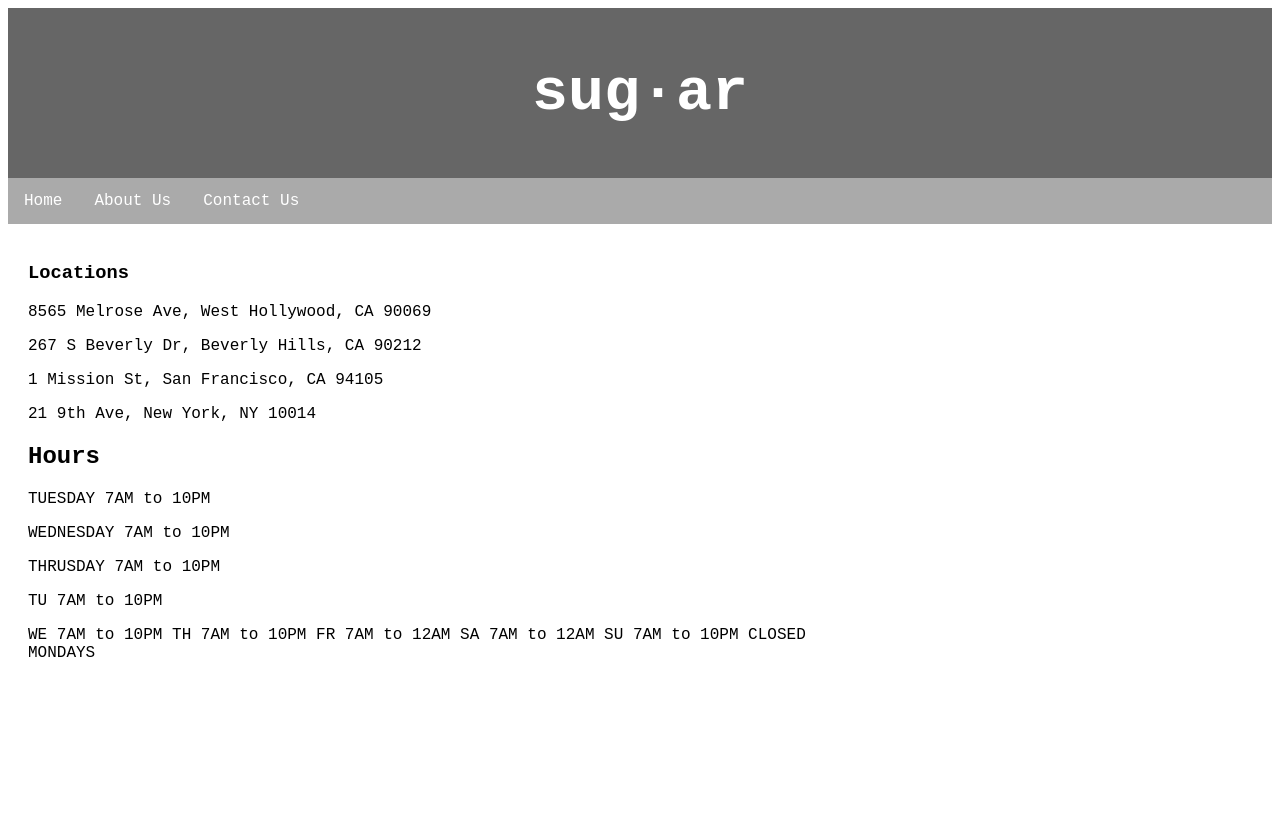
Repository: lavaghimire/lavaghimire.github.io
Page: WEBSITE/contact.html
The author's editor kept a record of every edit. The page is drawn from the files as they stood at one moment, then again after the next edit.
The browser window is 1280 px wide. The pictures show the whole page.

Above is the page before.

After the next edit:
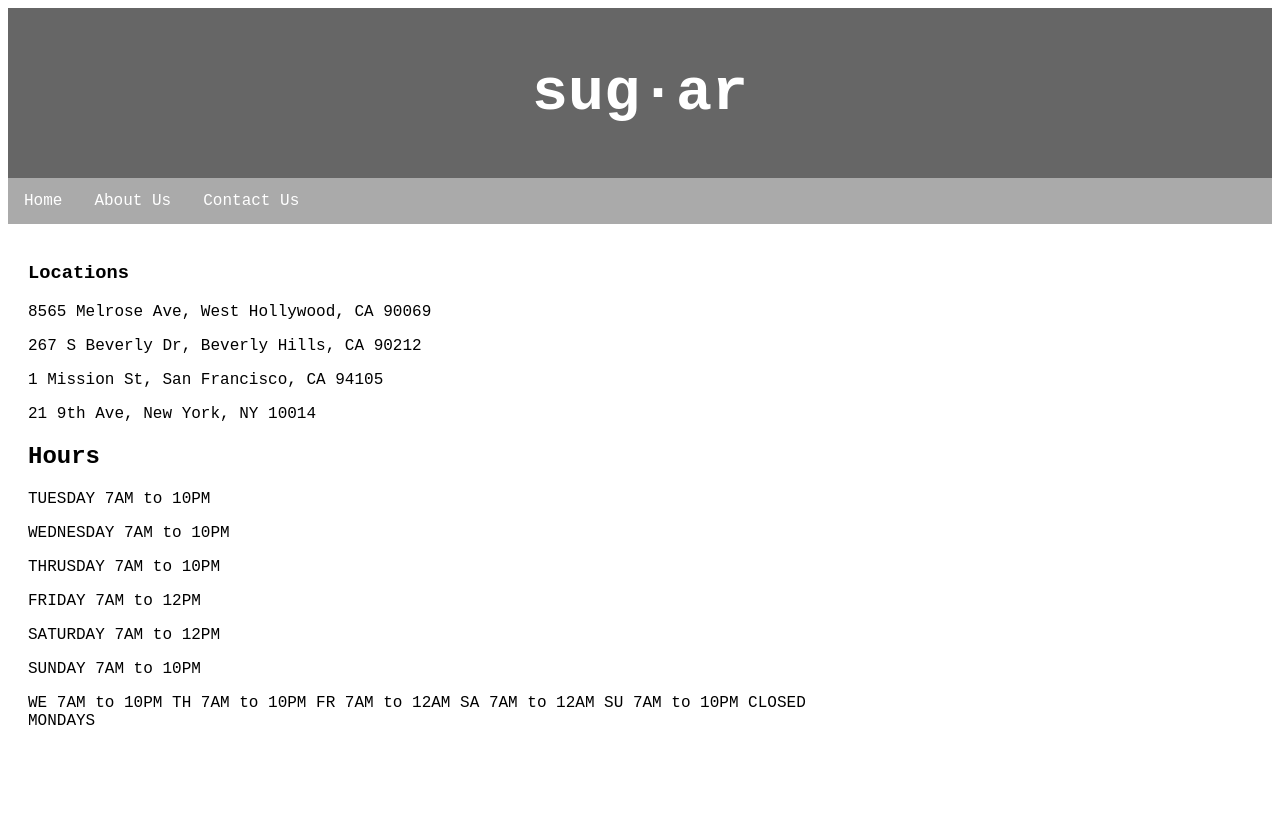
The edit:
--- a/WEBSITE/contact.html
+++ b/WEBSITE/contact.html
@@ -125,7 +125,11 @@
 7AM to 10PM</p>
     <p>THRUSDAY
 7AM to 10PM</p>
-    <p>TU
+    <p>FRIDAY
+7AM to 12PM</p>
+    <p>SATURDAY
+7AM to 12PM</p>
+    <p>SUNDAY
 7AM to 10PM</p>
 
 WE
